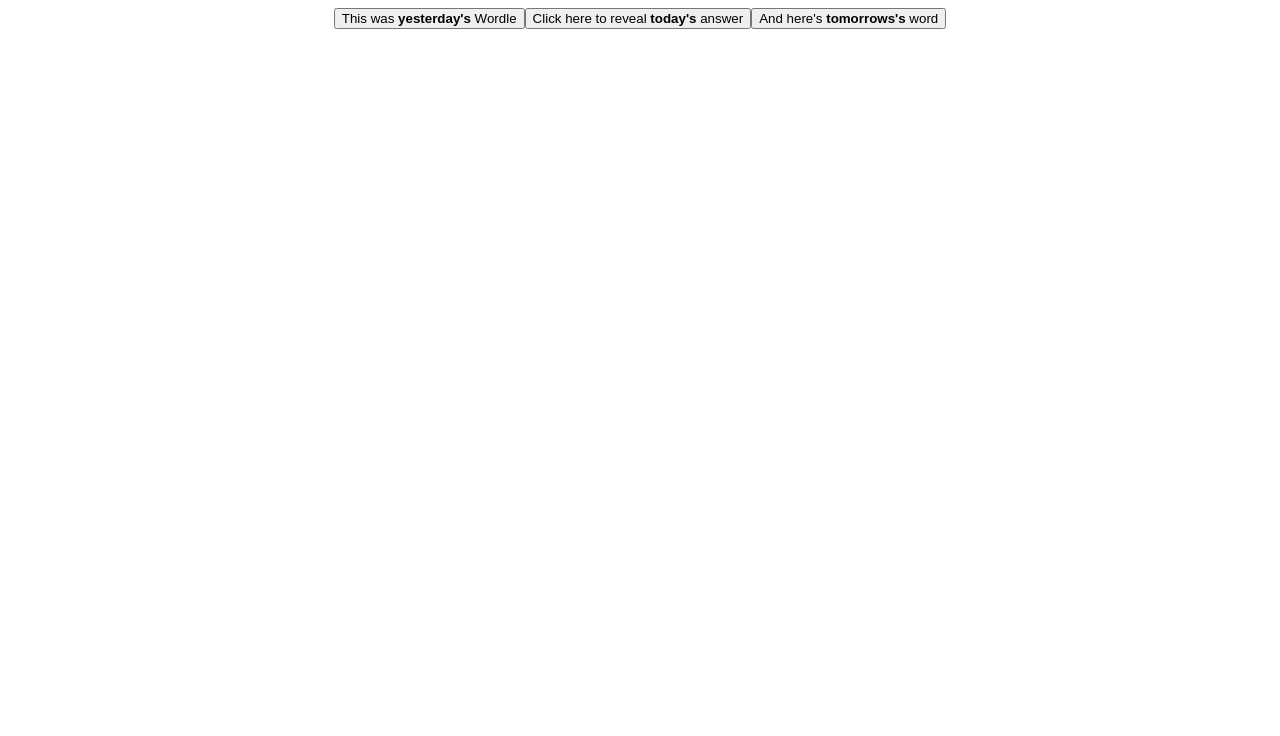
Repository: enoripl/tomorrows-wordle
Page: index.html
An editor plug-in stored every save of this project. The page is shown before and after the next save, followed by the edit.
The browser window is 1280 px wide. The pictures show the whole page.

Above is the page before, as saved 2022-02-09 16:37:16.

After the next save:
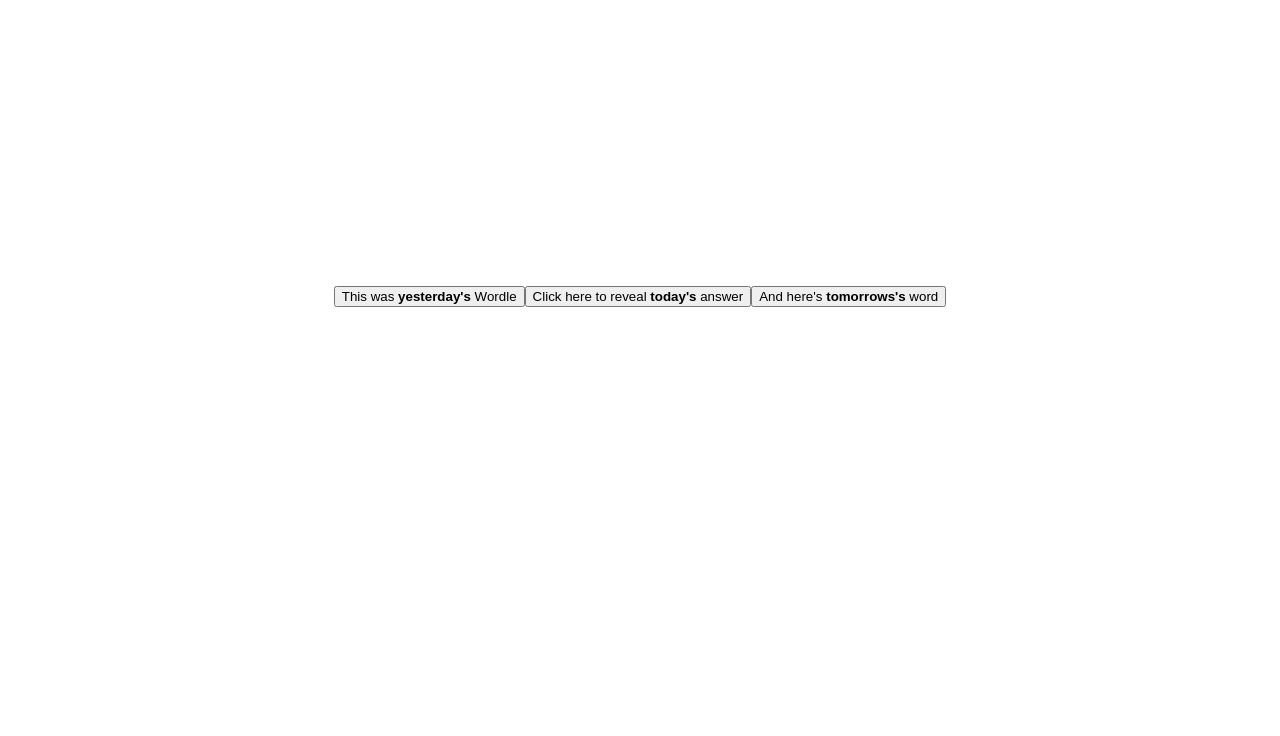
Saved 37 s later.
--- a/styles.css
+++ b/styles.css
@@ -2,6 +2,9 @@
     height: 100vh;
 }
 
+main {
+    height: 80vh;
+}
 .main-content {
     display: flex;
     justify-content: center;
